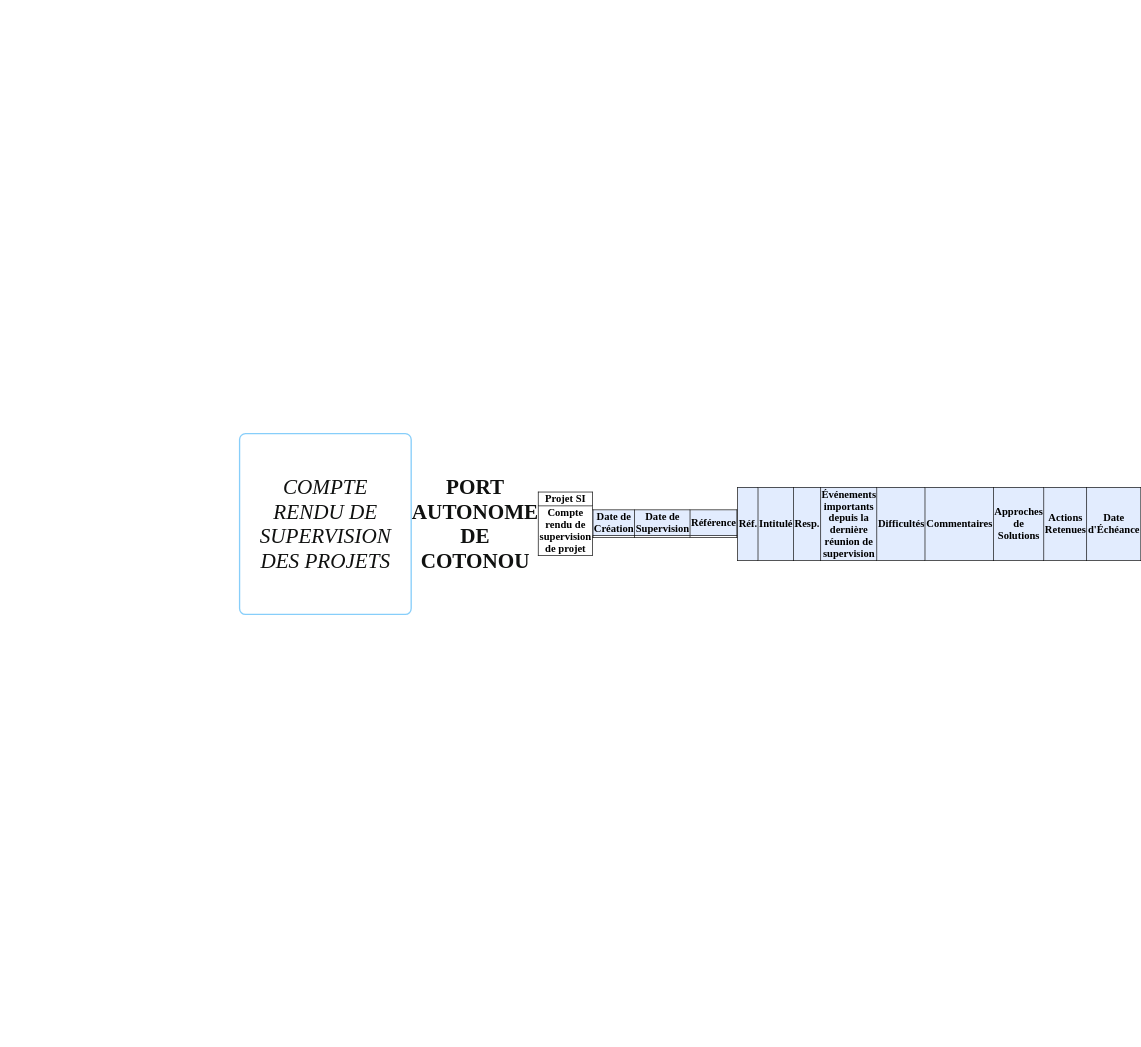
Repository: A2blackMZ/Project
Page: resources/views/report/seanceReport.blade.php
The author's editor kept a copy of each file at every save. The page is drawn from the files as they stood at one save, then again after the next save.
The browser window is 1280 px wide. The page is 1729 px wide, so the pictures cover 1729 px, including what lies to the right of the window. The pictures show the whole page, at 66% of full size.
The page is served by the project's Laravel application, run on PHP 8.4 with Laravel 10. The template is opened directly, without the code that normally fills it, so the values that code supplies are empty.

Above is the page before, as saved 2024-04-04 10:18:27.

After the next save:
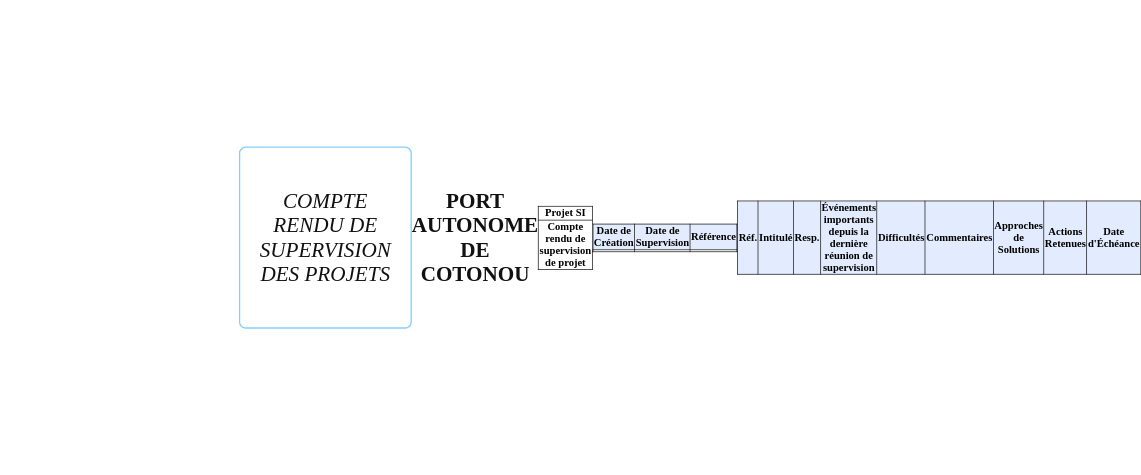
Saved 25 s later.
--- a/resources/views/report/seanceReport.blade.php
+++ b/resources/views/report/seanceReport.blade.php
@@ -38,7 +38,6 @@
             align-items: center;
             height: 100vh;
             width: 395mm; /* Largeur A3 */
-            height: 420mm; /* Hauteur A3 */
         }
 
         .card {
